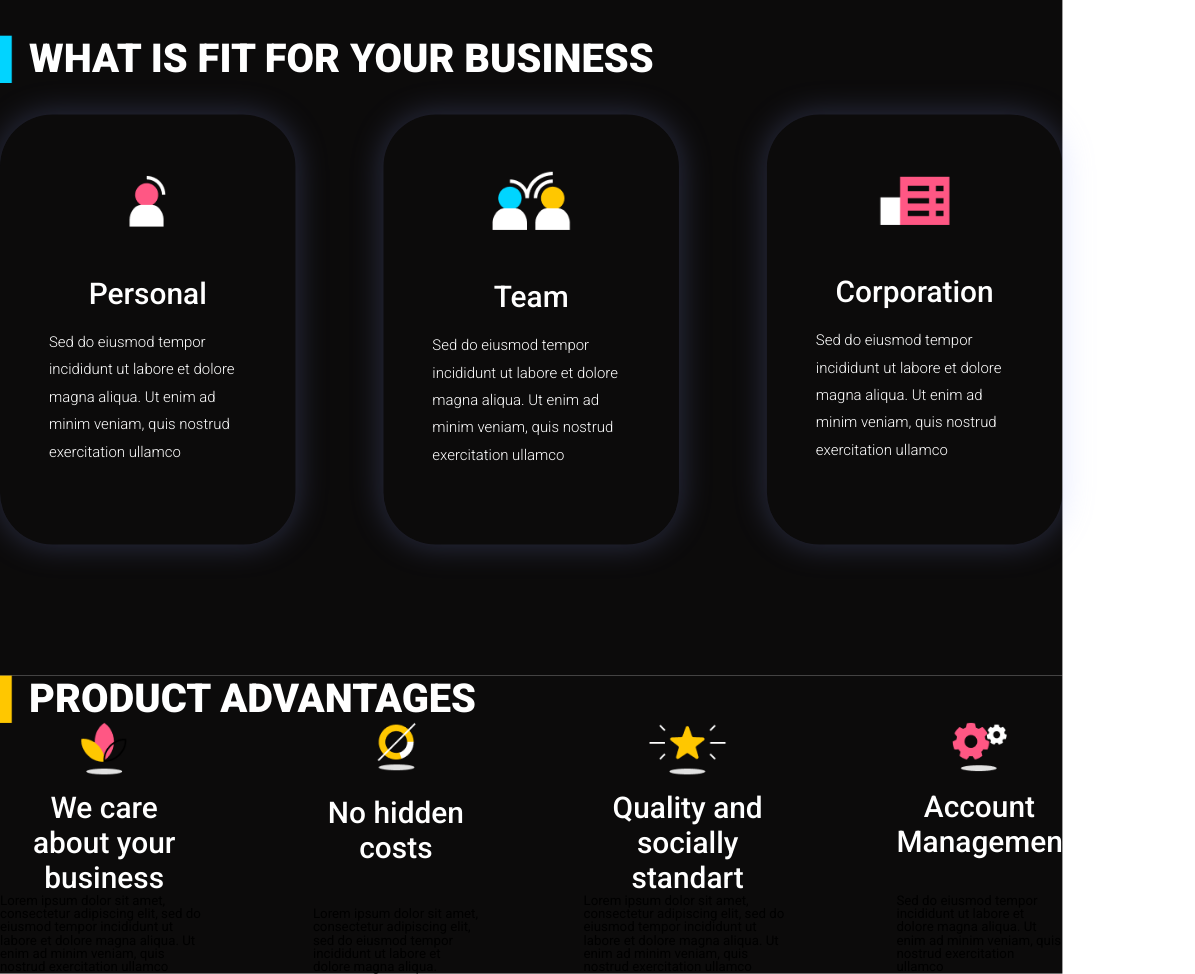
Repository: VetaWhale/team-site-test
Page: index.html
An editor plug-in stored every save of this project. The page is shown before and after the next save, followed by the edit.
The browser window is 1280 px wide. The page is 1440 px wide, so the pictures cover 1440 px, including what lies to the right of the window. The pictures show the whole page, at 83% of full size.
Some web fonts or font styles are not loaded; a fallback is used.

Above is the page before, as saved 2023-04-24 14:33:04.

### index.html
<!DOCTYPE html>
<html lang="en">

<head>
    <meta charset="UTF-8" />
    <link rel="stylesheet" href="./css/reset.css" />
    <link rel="preconnect" href="https://fonts.googleapis.com" />
    <link rel="preconnect" href="https://fonts.gstatic.com" crossorigin />
    <link href="https://fonts.googleapis.com/css2?family=Nunito:wght@400;800&family=Oranienbaum&family=Prata&family=Rammetto+One&family=Roboto:wght@300;400;500;700;900&display=swap" rel="stylesheet" />
    <link rel="stylesheet" href="./css/index.css" />
    <title>Our test site</title>
</head>

<body>
    <header></header>
    <main>
        <section class="business">
            <div class="business__title">
                <img class="business__icon" src="./resources/business_icon.png" alt="">
                <h2 class="business__text">
                    WHAT IS FIT FOR YOUR BUSINESS
                </h2>
            </div>
            <div class="business__container">
                <div class="business__item">
                    <img src="./resources/people__icon.png" alt="" />
                    <h2 class="business__title-text">Personal</h2>
                    <p class="business__description">
                        Sed do eiusmod tempor incididunt ut labore et dolore magna aliqua. Ut enim ad minim veniam, quis nostrud exercitation ullamco
                    </p>
                </div>

                <div class="business__item">
                    <img src="./resources/two_people__icon.png" alt="" />
                    <h2 class="business__title-text">Team</h2>
                    <p class="business__description">
                        Sed do eiusmod tempor incididunt ut labore et dolore magna aliqua. Ut enim ad minim veniam, quis nostrud exercitation ullamco
                    </p>
                </div>
                <div class="business__item">
                    <img src="./resources/home__icon.png" alt="" />
                    <h2 class="business__title-text">Corporation</h2>
                    <p class="business__description">
                        Sed do eiusmod tempor incididunt ut labore et dolore magna aliqua. Ut enim ad minim veniam, quis nostrud exercitation ullamco
                    </p>
                </div>
            </div>
        </section>
        <section class="product__section">
            <div>
                <h2 class="product__title">
                    <img src="./resources/product_icon.png" alt=""> PRODUCT ADVANTAGES
                </h2>
            </div>
            <div class="product__container">
                <div class="product__item">
                    <img src="./resources/product_icon-flower.png" alt="">
                    <h2 class="product__title-text">
                        We care about your business
                    </h2>
                    <p class="product__description">
                        Lorem ipsum dolor sit amet, consectetur adipiscing elit, sed do eiusmod tempor incididunt ut labore et dolore magna aliqua. Ut enim ad minim veniam, quis nostrud exercitation ullamco
                    </p>
                </div>
                <div class="product__item">
                    <img src="./resources/product_icon-ellipse.png" alt="">
                    <h2 class="product__title-text">
                        No hidden costs
                    </h2>
                    <p class="product__description">
                        Lorem ipsum dolor sit amet, consectetur adipiscing elit, sed do eiusmod tempor incididunt ut labore et dolore magna aliqua.
                    </p>
                </div>
                <div class="product__item">
                    <img src="./resources/product_icon-star.png" alt="">
                    <h2 class="product__title-text">
                        Quality and socially standart
                    </h2>
                    <p class="product__description">
                        Lorem ipsum dolor sit amet, consectetur adipiscing elit, sed do eiusmod tempor incididunt ut labore et dolore magna aliqua. Ut enim ad minim veniam, quis nostrud exercitation ullamco
                    </p>
                </div>
                <div class="product__item">
                    <img src="./resources/ICON 04.png" alt="">
                    <h2 class="product__title-text">
                        Account Management
                    </h2>
                    <p class="product__description">
                        Sed do eiusmod tempor incididunt ut labore et dolore magna aliqua. Ut enim ad minim veniam, quis nostrud exercitation ullamco
                    </p>
                </div>
            </div>
        </section>
    </main>
    <footer></footer>
</body>

</html>

### css/index.css
/* Шрифты для нашего сайта */


/*
font-family: 'Nunito', sans-serif;
font-family: 'Oranienbaum', serif;
font-family: 'Prata', serif;
font-family: 'Rammetto One', cursive;
font-family: 'Roboto', sans-serif;
*/

@import'../css/business.css';
@import'../css/product.css';
body {
    font-family: 'Roboto', sans-serif;
}

### css/business.css
.business {
    width: 100%;
    background-color: #0C0B0B;
    padding-top: 43px;
    margin: 0 auto;
}

.business__container {
    max-width: 1440px;
    margin: 0 auto;
    display: flex;
    flex-direction: row;
    gap: 94px;
    padding-top: 38px;
    padding-bottom: 158px;
    justify-content: space-between;
}

.business__title {
    max-width: 1440px;
    margin: 0 auto;
    display: flex;
    gap: 20px;
}

.business__text {
    font-weight: 900;
    font-size: 48px;
    line-height: 56px;
    color: #FFFFFF;
}

.business__title-text {
    font-weight: 500;
    font-size: 36px;
    line-height: 42px;
    color: #FFFFFF;
    padding-top: 40px;
}

.business__item {
    display: flex;
    justify-content: center;
    align-items: center;
    flex-direction: column;
    width: 356px;
    height: 518px;
    box-shadow: 0px 0px 40px rgba(146, 163, 255, 0.25);
    border-radius: 63px;
    gap: 20px;
}

.business__description {
    font-weight: 300;
    font-size: 18px;
    line-height: 33px;
    color: #FFFFFF;
    width: 238.17px;
    height: 188px
}

### css/product.css
.product__section {
    width: 100%;
    background-color: #0C0B0B;
    margin: 0 auto;
}

.product__title {
    width: 1440px;
    margin: 0 auto;
    display: flex;
    font-weight: 900;
    font-size: 48px;
    line-height: 56px;
    color: #FFFFFF;
    gap: 20px;
}

.product__container {
    display: flex;
    margin: 0 auto;
    width: 100%;
    max-width: 1440px;
    flex-direction: row;
    gap: 126px;
}

.product__item {
    display: flex;
    flex-direction: column;
    align-items: center;
    justify-content: space-between;
    gap: 20px;
}

.product__title-text {
    font-weight: 500;
    font-size: 36px;
    line-height: 42px;
    width: 200px;
    height: 104px;
    color: #FFFFFF;
    text-align: center;
}

Loaded but not shown: css/reset.css (common file)

After the next save:
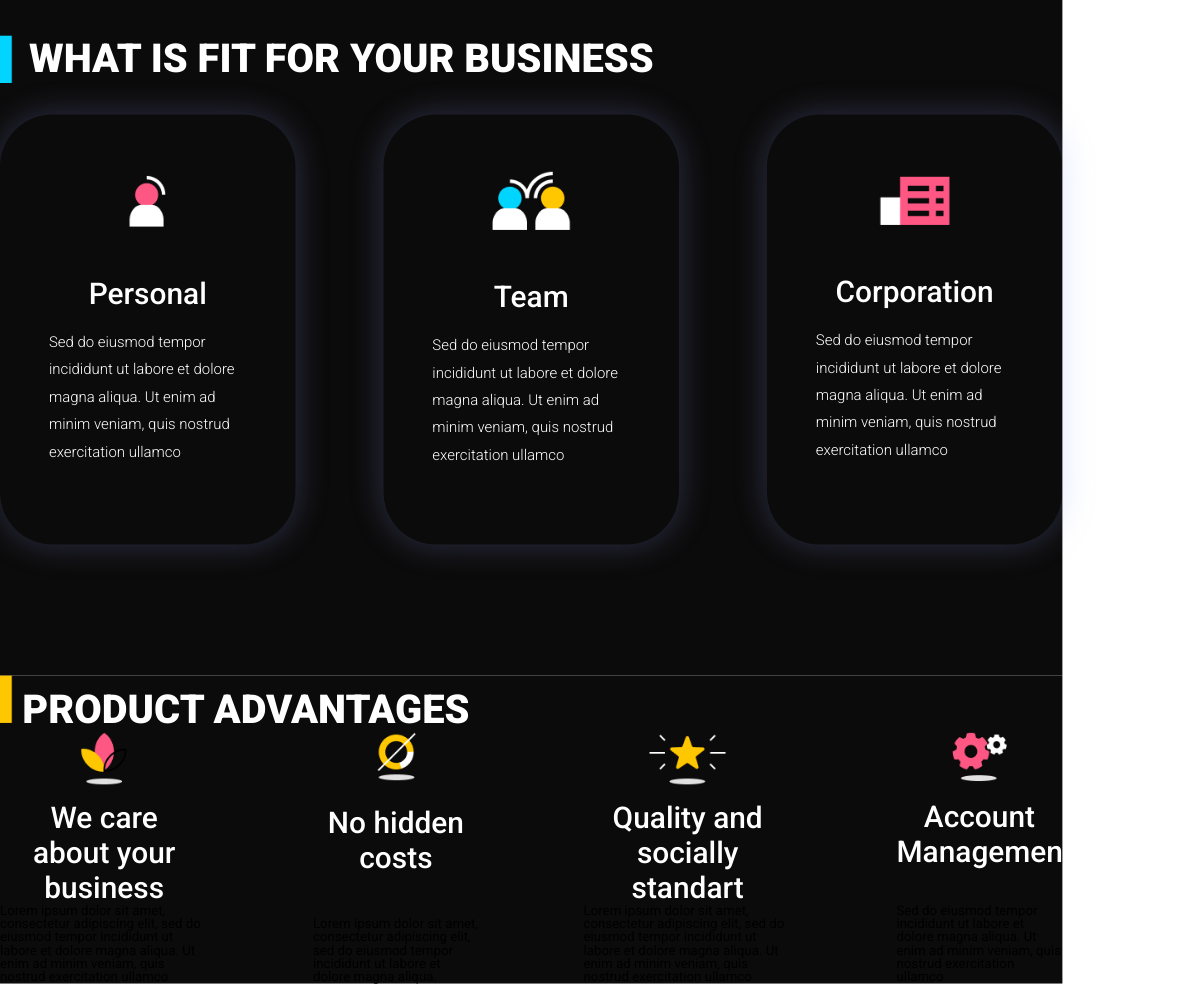
Saved 11 s later.
--- a/index.html
+++ b/index.html
@@ -47,8 +47,8 @@
             </div>
         </section>
         <section class="product__section">
-            <div>
-                <h2 class="product__title">
+            <div class="product__title">
+                <h2>
                     <img src="./resources/product_icon.png" alt=""> PRODUCT ADVANTAGES
                 </h2>
             </div>

After the save that followed:
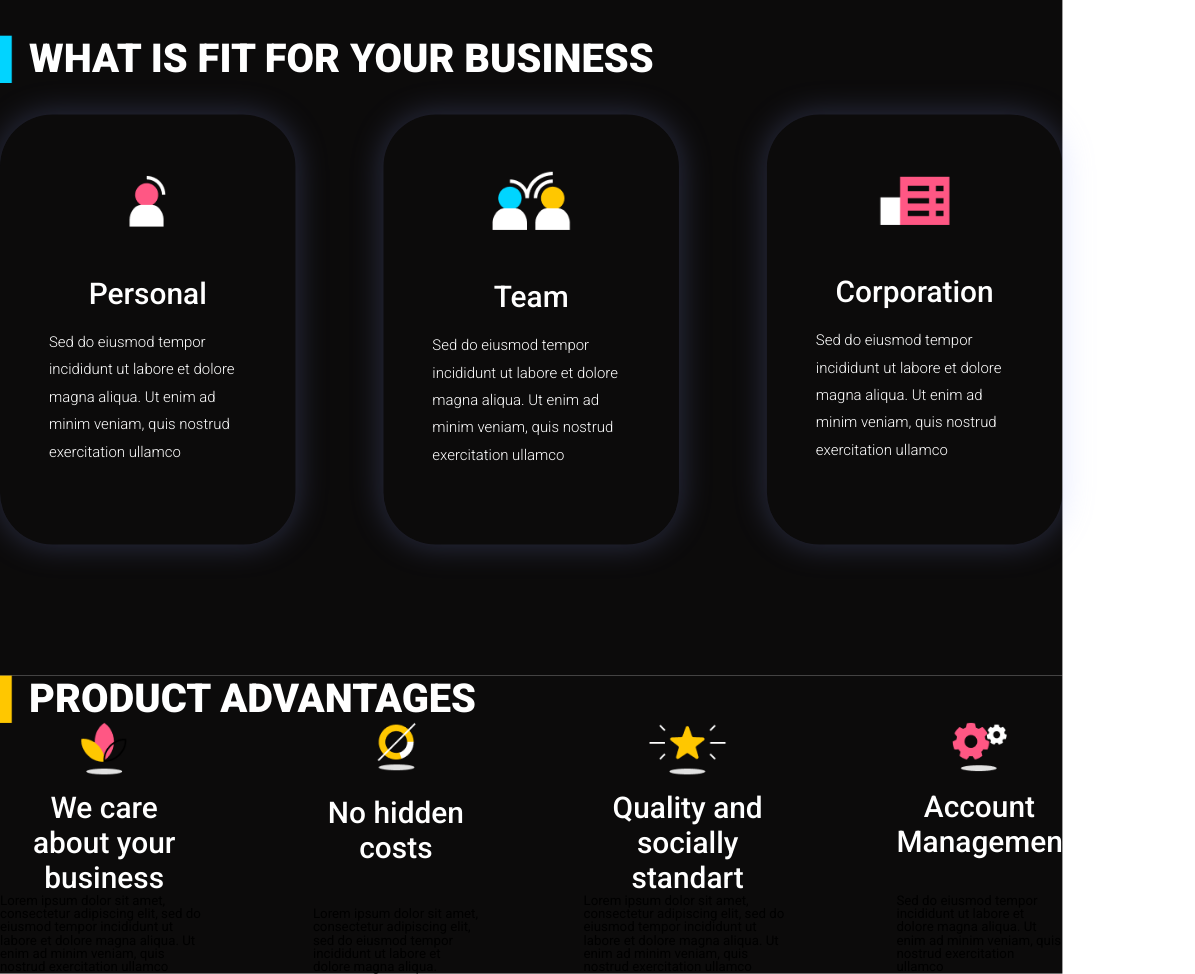
Saved 9 s later.
--- a/index.html
+++ b/index.html
@@ -48,8 +48,9 @@
         </section>
         <section class="product__section">
             <div class="product__title">
+                <img src="./resources/product_icon.png" alt="">
                 <h2>
-                    <img src="./resources/product_icon.png" alt=""> PRODUCT ADVANTAGES
+                    PRODUCT ADVANTAGES
                 </h2>
             </div>
             <div class="product__container">
